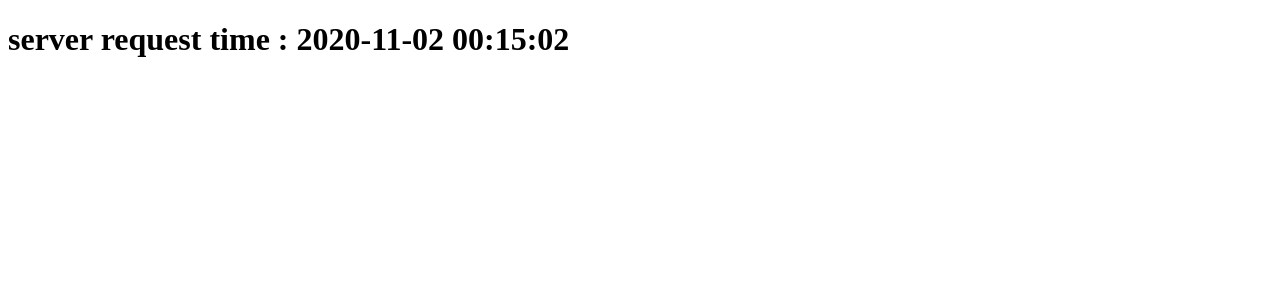
Repository: jjungee/DDIT-JSP
Page: http://localhost/JSP_JSTL/fmt/dateFormat.jsp
The author's editor kept a copy of each file at every save. The page is drawn from the files as they stood at one save, then again after the next save.
The browser window is 1280 px wide. The pictures show the whole page.
The page is served by Tomcat 9.

Above is the page before, as saved 2020-11-04 02:39:35.
Console error: ReferenceError: documente is not defined

### JSP_JSTL/WebContent/fmt/dateFormat.jsp
<%@ page import="java.util.Date" %>
<%@ page language="java" contentType="text/html; charset=UTF-8"
    pageEncoding="UTF-8"%>
<%@ page trimDirectiveWhitespaces="true"%>
<%@ taglib prefix="fmt" uri="http://java.sun.com/jsp/jstl/fmt" %>
<%@ taglib prefix="c" uri="http://java.sun.com/jsp/jstl/core" %>

<c:set var="today" value="<%=new Date() %>"/>

<!DOCTYPE html>
<html>
	<head>
		<meta charset="UTF-8">
		<title></title>
	</head>

	<body>
		<h1 id="time"></h1>
		<h1>server request time : <fmt:formatDate value="${today }" pattern="yyyy-MM-dd HH:mm:dd"/></h1>

<%-- 		<h1><fmt:formatDate value="${today }" pattern="yyyy-MM=dd HH:mm:dd"/> </h1> <!-- 대문자 D는 요일  HH는 24시간 형식 hh는 12시간 형식--> --%>
		<script type="text/javascript">
			var time = setInterval(function(){
				var today=new Date();
				var todayStr = today.getYear()+"/"+today.getMonth()+"-"+today.getDate() + " "
				+ today.getHours() + ":" + today.getMinutes() + ":" + today.getSeconds;

				documente.getElementById("time").innerHTML=todayStr;
			}, 1000)
		</script>
	</body>
</html>

After the next save:
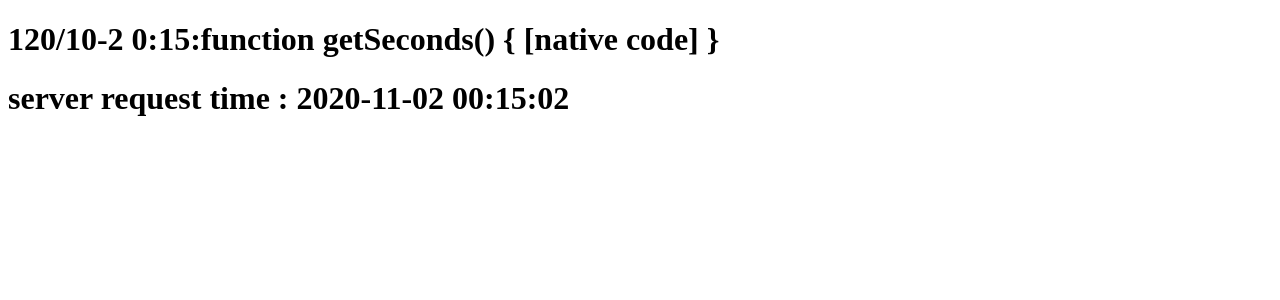
The error is gone.
Saved 30 s later.
--- a/JSP_JSTL/WebContent/fmt/dateFormat.jsp
+++ b/JSP_JSTL/WebContent/fmt/dateFormat.jsp
@@ -25,7 +25,7 @@
 				var todayStr = today.getYear()+"/"+today.getMonth()+"-"+today.getDate() + " "
 				+ today.getHours() + ":" + today.getMinutes() + ":" + today.getSeconds;
 
-				documente.getElementById("time").innerHTML=todayStr;
+				document.getElementById("time").innerHTML=todayStr;
 			}, 1000)
 		</script>
 	</body>
